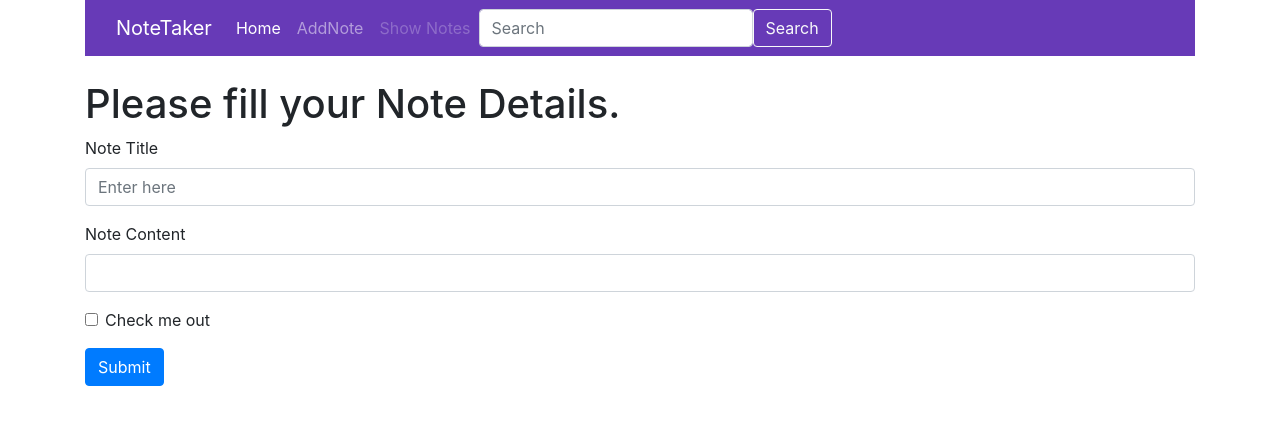
Repository: Mayank-SDE/Projects
Page: http://localhost/NoteTakerTodoApp/add_notes.jsp
The author's editor kept a copy of each file at every save. The page is drawn from the files as they stood at one save, then again after the next save.
The browser window is 1280 px wide. The pictures show the whole page.
Some web libraries are served in a nearby version. The page is served by Tomcat 9.

Above is the page before, as saved 2022-02-10 15:48:21.

After the next save:
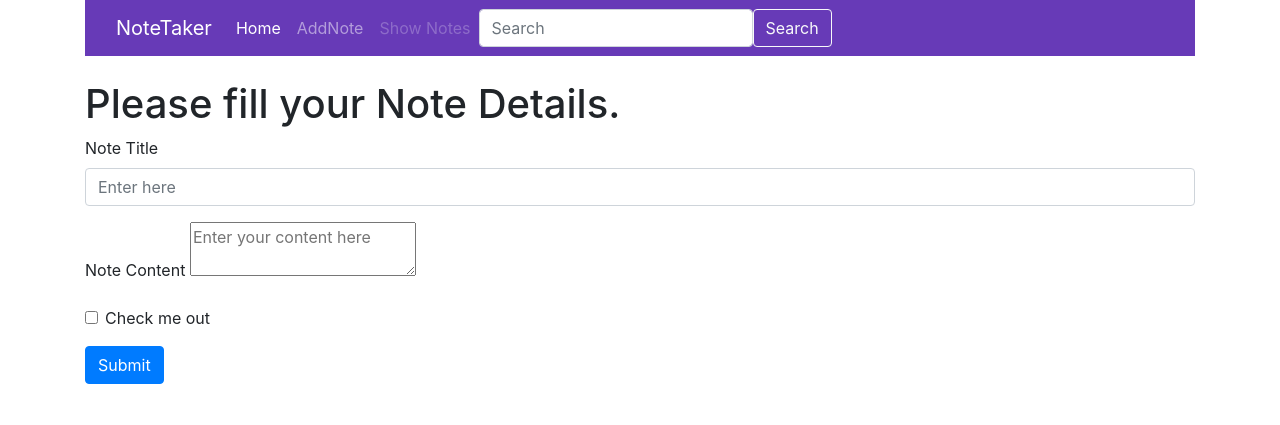
Saved 80 s later.
--- a/NoteTaker/NoteTakerTodoApp/src/main/webapp/add_notes.jsp
+++ b/NoteTaker/NoteTakerTodoApp/src/main/webapp/add_notes.jsp
@@ -32,8 +32,9 @@
     placeholder="Enter here">
   </div>
   <div class="mb-3">
-    <label for="exampleInputPassword1" class="form-label">Note Content</label>
-    <input type="password" class="form-control" id="exampleInputPassword1">
+    <label for="content" class="form-label">Note Content</label>
+  <textarea id="content" placeholder="Enter your content here"></textarea>
+
   </div>
   <div class="mb-3 form-check">
     <input type="checkbox" class="form-check-input" id="exampleCheck1">
